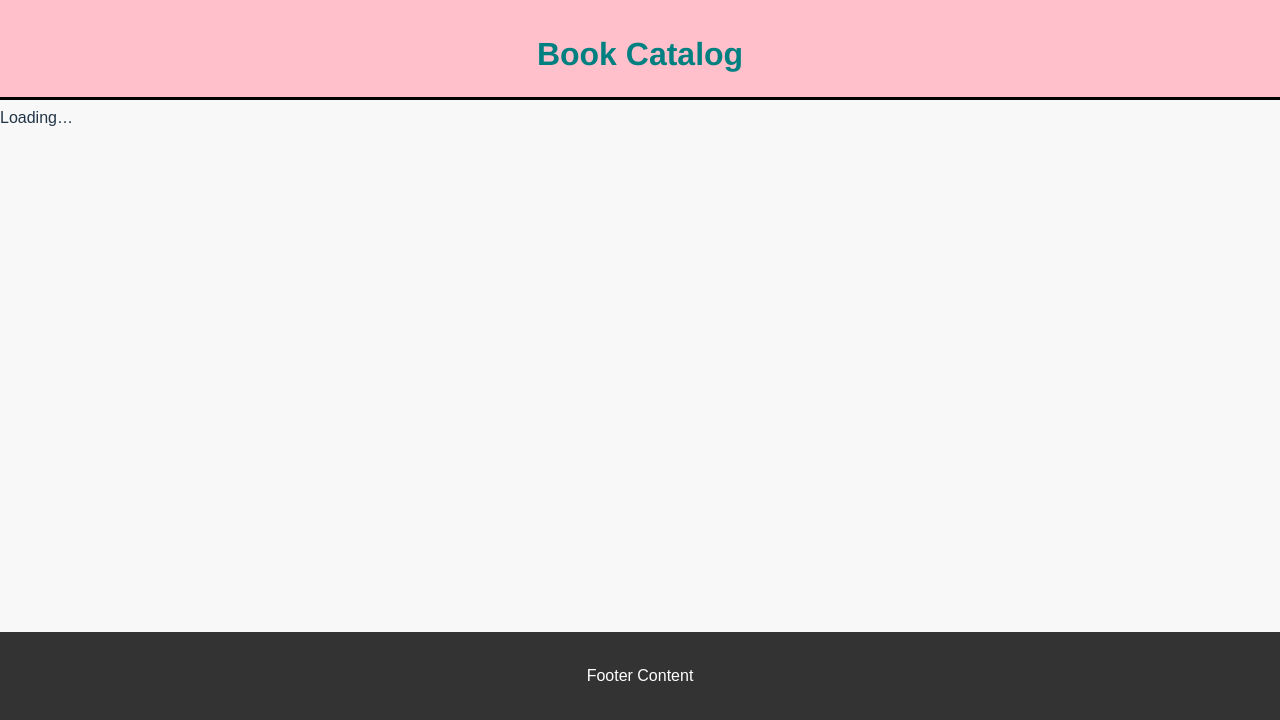
Repository: primcharlin/COMP3170_Lab_Assignment_Components
Page: /
These files come from the project's save history. The page is drawn as it stood at one moment and after the next save; the edit follows.
The browser window is 1280 px wide. The pictures show the whole page.
The page's requests for data from a server got no answer. The project was rebuilt for these pictures with package versions that can differ from the ones it lists, and the page was loaded fresh each time. No one was signed in, and anything a server would have sent is missing. Also part of the build but not shown: vite.config.js.

Above is the page before, as saved 2025-09-12 03:10:56.

After the next save:
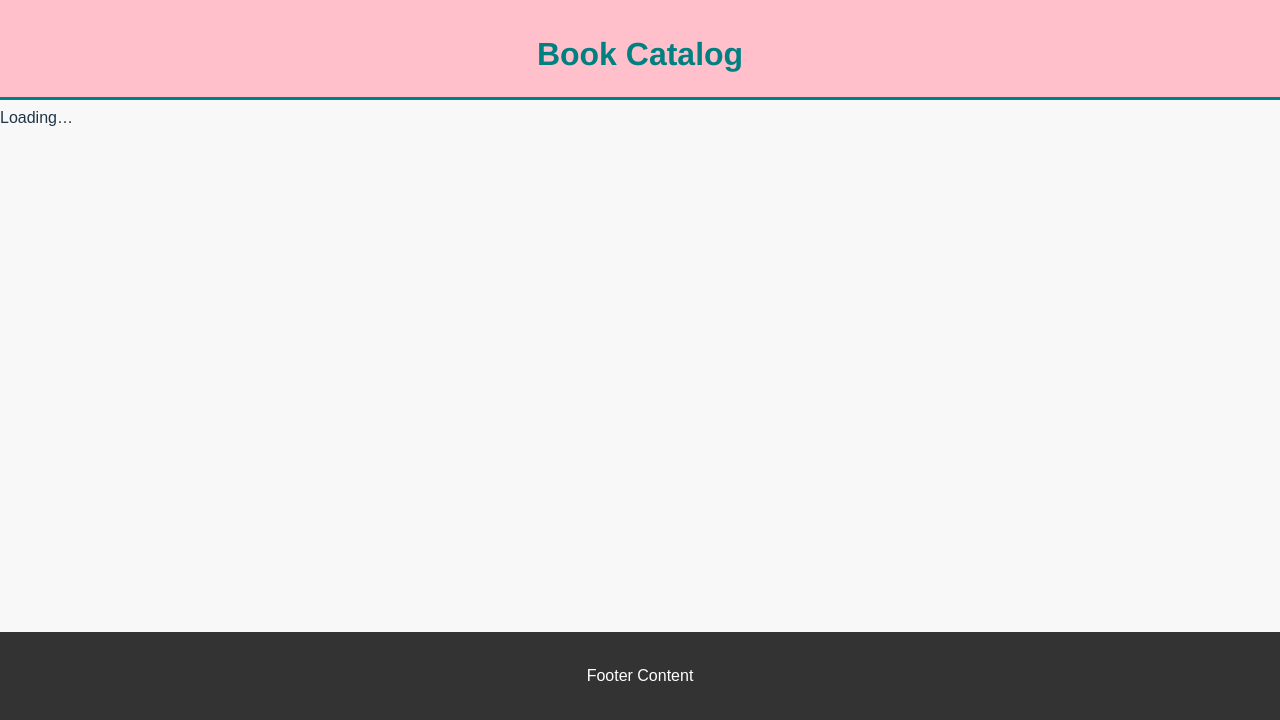
Saved 62 s later.
--- a/src/App.css
+++ b/src/App.css
@@ -63,7 +63,7 @@ img {
     padding: 1em;
     color: teal;
     background: pink;
-    border-bottom: 3px solid black;
+    border-bottom: 3px solid teal;
     box-sizing: border-box;
     text-align: center;
     font-family: Helvetica, sans-serif;
